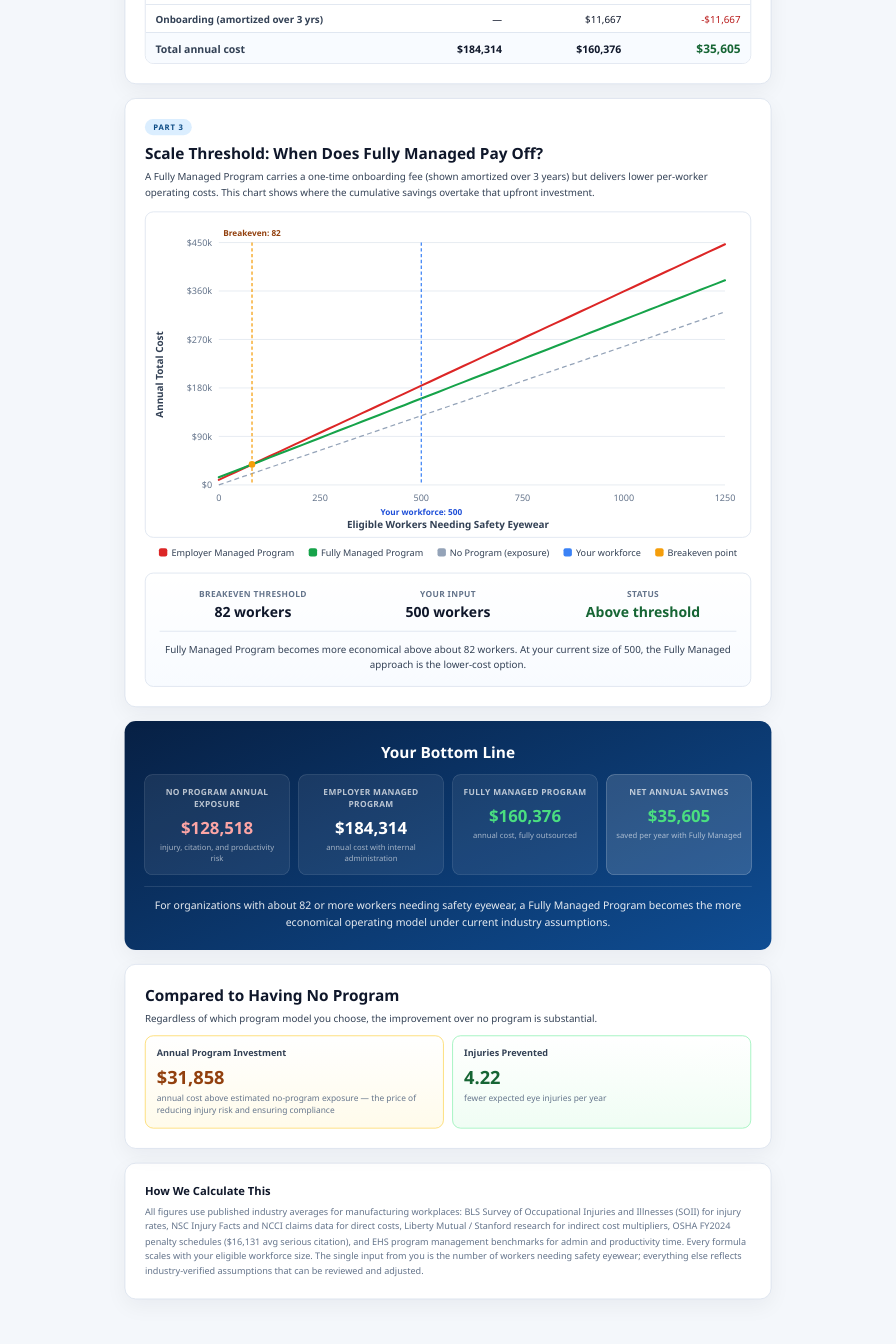
Repository: framescalemarketing-code/cost-analysis-calculator
Page: /
An editor plug-in stored every save of this project. The page is shown before and after the next save, followed by the edit.
The browser window is 1280 px wide. The pictures show the part of the page from y = 2003 to 3923 px (the page is 3923 px tall before and 3639 px after), at 70% of full size.
The project was rebuilt for these pictures with package versions that can differ from the ones it lists, and the page was loaded fresh each time. The framework's server and built-in components were replaced by stand-ins that run in the browser. Also part of the build but not shown: next.config.mjs.

Above is the page before, as saved 2026-03-16 16:59:23.

After the next save:
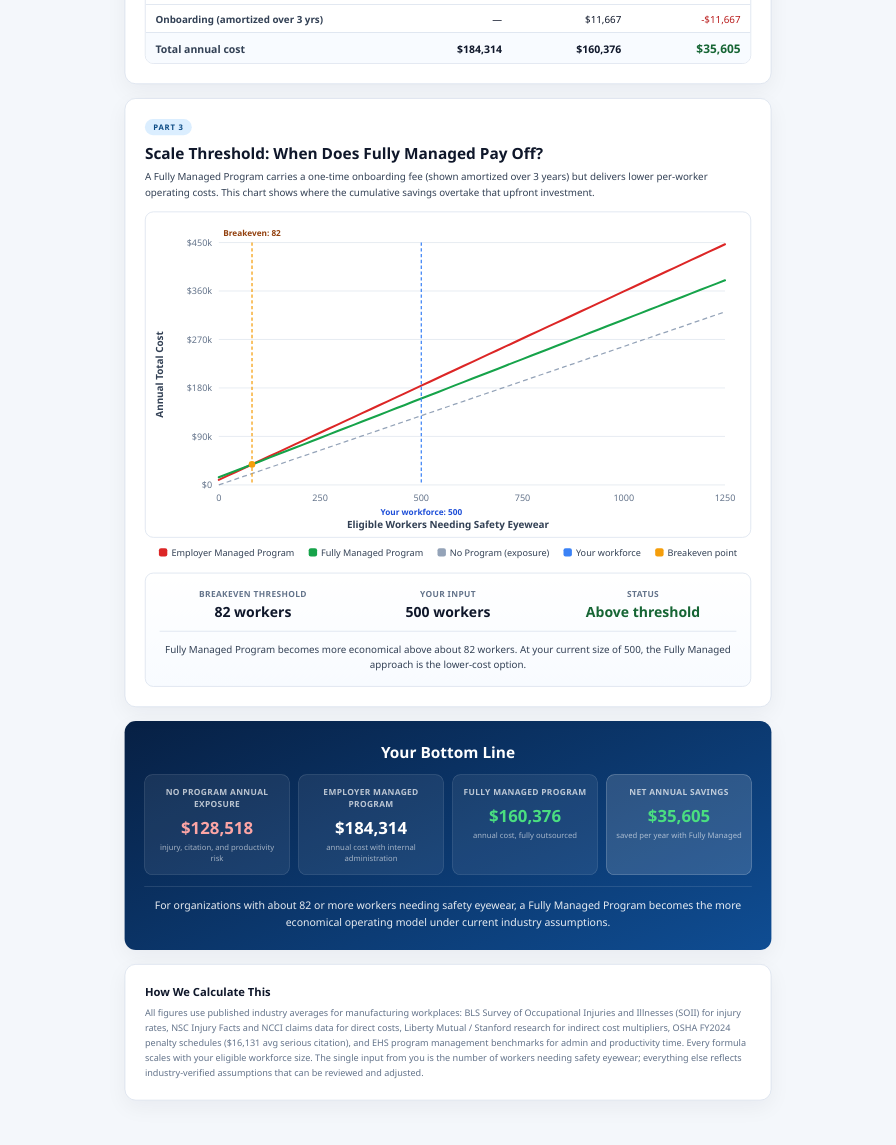
Saved 4 min 3 s later.
--- a/app/page.tsx
+++ b/app/page.tsx
@@ -579,33 +579,7 @@ export default function HomePage() {
         </div>
       </section>
 
-      {/* ── NO PROGRAM COMPARISON ── */}
-      <section className="card part-card">
-        <h2>Compared to Having No Program</h2>
-        <p className="section-sub">
-          Regardless of which program model you choose, the improvement over
-          no program is substantial.
-        </p>
-        <div className="result-grid two-col" style={{ marginTop: 12 }}>
-          <div className={`result-card ${npComparison.netSavingsVsNoProgram >= 0 ? "safe" : "warn"}`}>
-            <h3>{npComparison.netSavingsVsNoProgram >= 0 ? "Annual Savings vs. No Program" : "Annual Program Investment"}</h3>
-            <p className={`big-num ${npComparison.netSavingsVsNoProgram >= 0 ? "positive" : ""}`}>
-              {currency(Math.abs(npComparison.netSavingsVsNoProgram))}
-            </p>
-            <small>
-              {npComparison.netSavingsVsNoProgram >= 0
-                ? "reduced annual exposure with a Fully Managed Program"
-                : "annual cost above estimated no-program exposure \u2014 the price of reducing injury risk and ensuring compliance"
-              }
-            </small>
-          </div>
-          <div className="result-card safe">
-            <h3>Injuries Prevented</h3>
-            <p className="big-num positive">{num(npComparison.injuriesPreventedVsNoProgram, 2)}</p>
-            <small>fewer expected eye injuries per year</small>
-          </div>
-        </div>
-      </section>
+
 
       {/* ── DISCLOSURE ── */}
       <section className="card disclosure">
